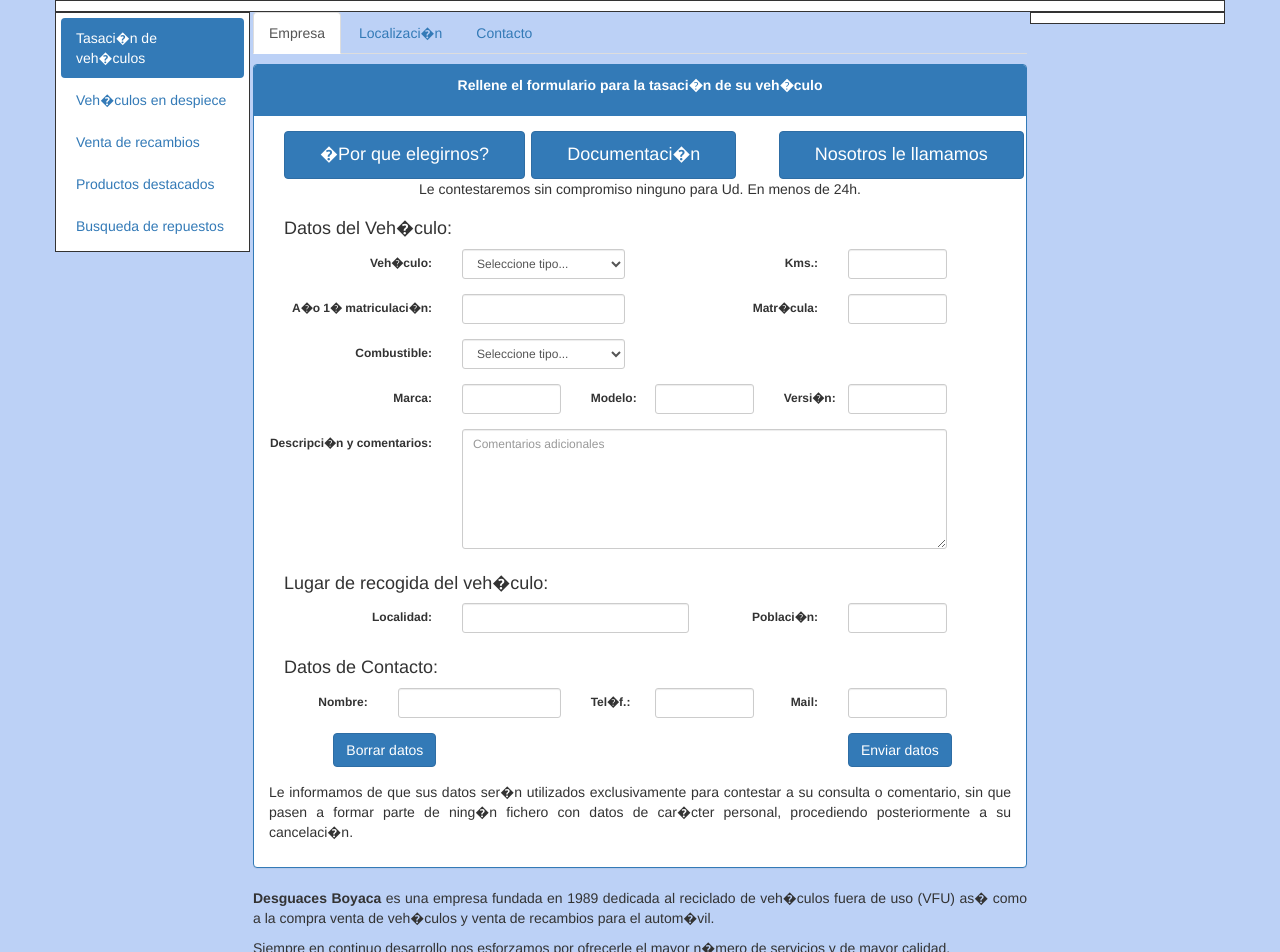
Repository: surrius/pruBoyaca
Page: http://localhost/
These files come from the project's save history. The page is drawn as it stood at one moment and after the next save; the edit follows.
The browser window is 1280 px wide. The pictures show the part of the page from y = 0 to 952 px (the page is 2669 px tall).
The page is run by PHP 8.4 with error messages shown; the project is at /var/www/html/.

Above is the page before, as saved 2016-03-02 11:34:05.

After the next save:
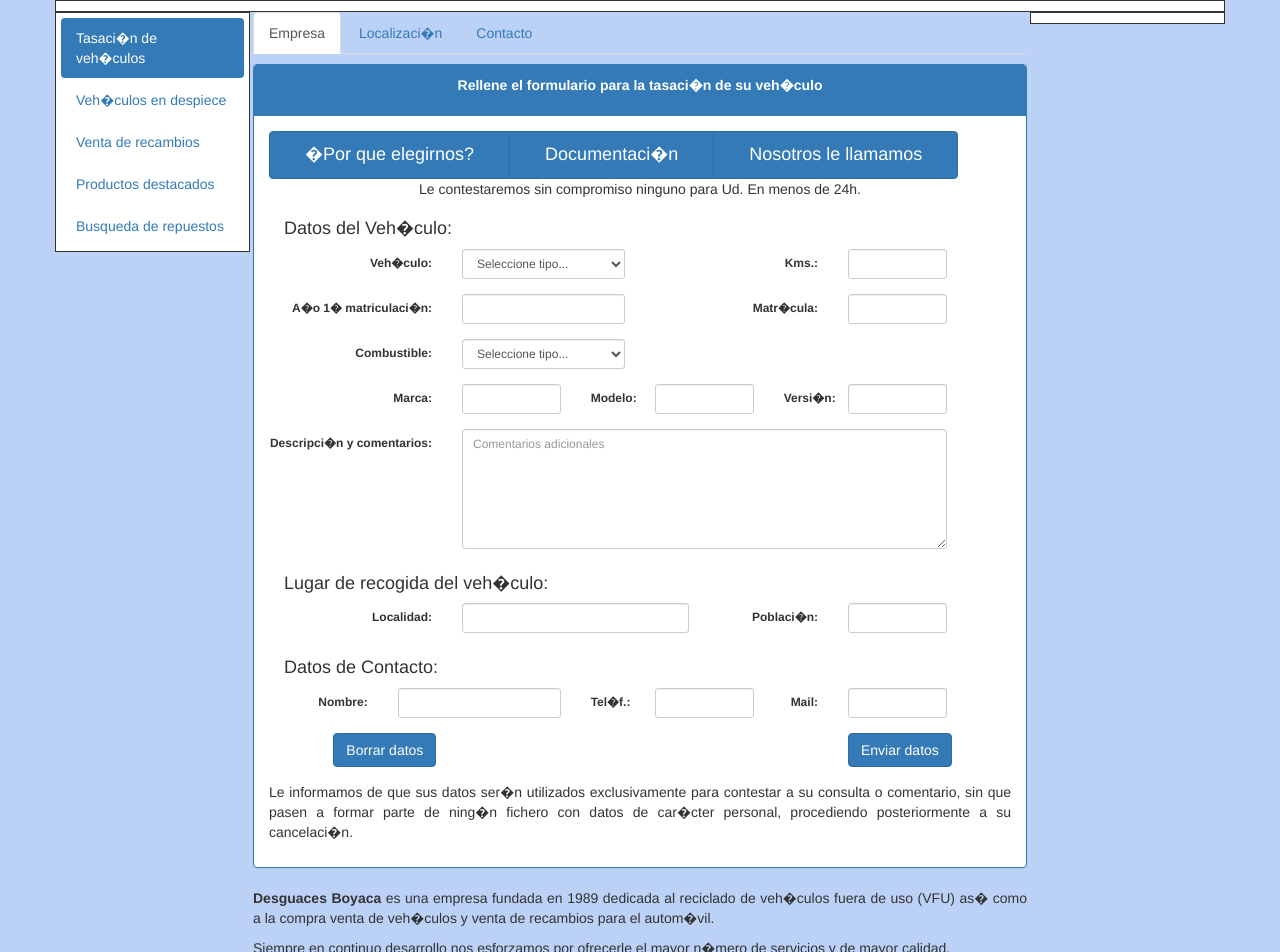
Saved 25 s later.
--- a/Boyaca/includes/menu2/tasacion.php
+++ b/Boyaca/includes/menu2/tasacion.php
@@ -7,13 +7,13 @@
 	<div class="panel-body">
 		<!-- Botones de ayuda tasaciones -->
 		<div class="btn-group">
-			<div class="col-sm-4">
+			<div class="btn-group">
 				<button id="botTasPorque" class="btn btn-primary bot-tasacion">¿Por que elegirnos?</button>
 			</div>
-			<div class="col-sm-4">
+			<div class="btn-group">
 				<button id="botTasDocu" class="btn btn-primary bot-tasacion">Documentación</button>
 			</div>
-			<div class="col-sm-4">
+			<div class="btn-group">
 				<button id="botTasCall" class="btn btn-primary bot-tasacion">Nosotros le llamamos</button>
 			</div>
 		</div>
